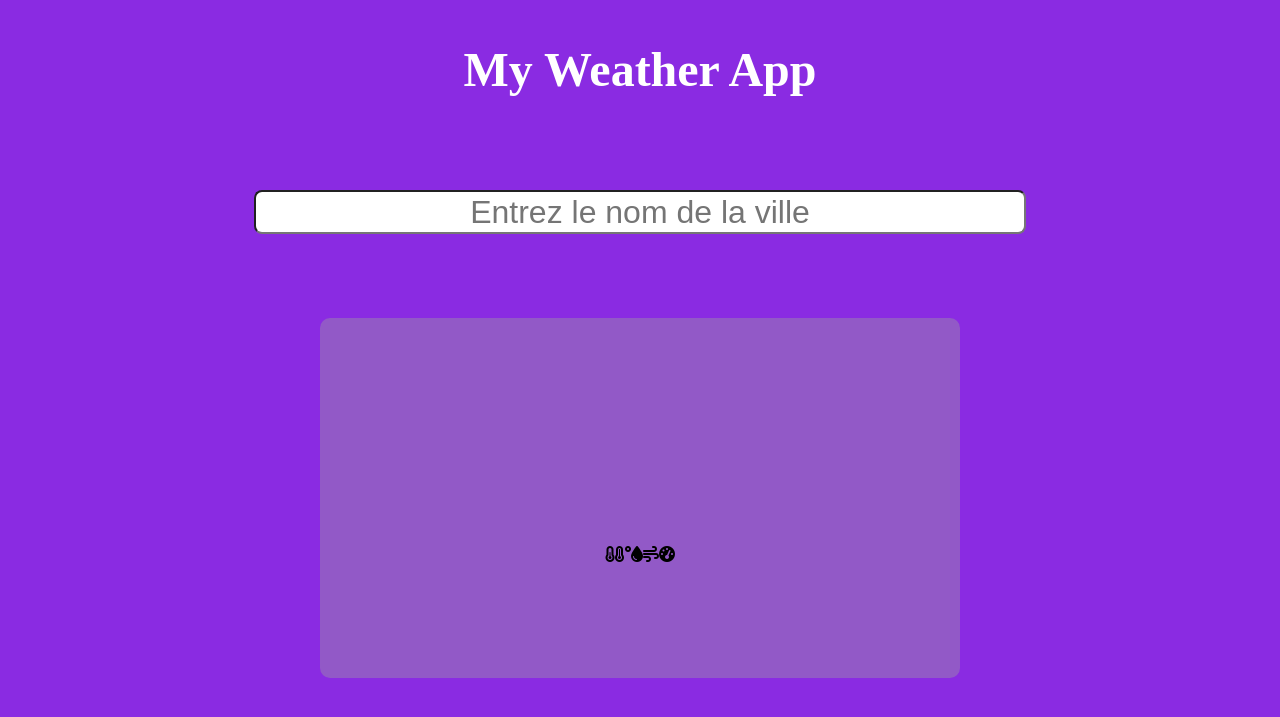
Repository: JeffnyAugustin/MyWeatherApp
Page: index.html
An editor plug-in stored every save of this project. The page is shown before and after a run of saves, followed by the edit.
The browser window is 1280 px wide. The pictures show the whole page.

Above is the page before, as saved 2023-11-14 18:22:33.

### index.html
<!DOCTYPE html>
<html lang="fr">

<head>
    <meta charset="UTF-8">
    <meta http-equiv="X-UA-Compatible" content="IE=edge">
    <meta name="viewport" content="width=device-width, initial-scale=1.0">
    <link rel="stylesheet" href="https://cdnjs.cloudflare.com/ajax/libs/font-awesome/6.4.0/css/all.min.css"
        integrity="sha512-iecdLmaskl7CVkqkXNQ/ZH/XLlvWZOJyj7Yy7tcenmpD1ypASozpmT/E0iPtmFIB46ZmdtAc9eNBvH0H/ZpiBw=="
        crossorigin="anonymous" referrerpolicy="no-referrer" />

    <link rel="stylesheet" href="/css/style.css">
    <title>My Weather App</title>
</head>

<body>



    <div id="container">

    </div>

    <script src="/js/script.js"></script>
</body>

</html>

### css/style.css
* {
    padding : 0;
    margin: 0;
}

body {
display: flex;
justify-content: center;
}

#container {
    background-color: blueviolet;
    height: 100vh;
    width: 100vw;
    display: flex;
    flex-direction: column;
    align-items: center;
    justify-content: space-around;

}

#searchBox {
    text-align: center;
    width: 60%;
    height: 40px;
    border-radius: 8px;
    margin-top: 10px;
    font-size: 2rem;
}


#allTogether {
    width: 50VW;
    height: 50VH;
    display: flex;
    flex-direction: column;
    justify-content: space-evenly;
    align-items: center;
    background-color: rgb(158 158 158 / 40%);
    border-radius: 10px;
}

div#meteoElement {
    display: flex;
    flex-direction: row;
    justify-content: space-around;
    flex-wrap: wrap;
}

div#cityElement {
    display: flex;
    flex-direction: row;
    gap: 10px;
}

p {
    font-size: 2rem;
    color: white;
}

p.cityName {
    text-align: center;
}


h1 {
    font-size: 3em; /* Adjust the font size as needed */
    text-align: center;
    color: #ffffff; /* Set your desired text color */

}

### js/script.js
// Clé D'api
const API_KEY = "b476218e49ef0d0755a713e9ba77f79a";
// Lien vers L'api finissant par une recherche
const API_URL = `https://api.openweathermap.org/data/2.5/forecast?appid=${API_KEY}&units=metric&lang=fr&q=`;


const divContain = document.getElementById("container");
divContain.id = "container";

// Création H1
const heading = document.createElement('h1');

// Set the text content of the h1 element
heading.textContent = 'My Weather App';



// Création barre de recherche
const inputSearch = document.createElement("input");
inputSearch.id = "searchBox";
inputSearch.type = "text";
inputSearch.placeholder = "Entrez le nom de la ville"; // Ajout du placeholder

// Création de div
const newDiv = document.createElement("div");
newDiv.id = "allTogether";

const infoCityDiv = document.createElement("div");
infoCityDiv.id = "cityDescription";


// Création de div oiuyr stocker img + description
const cityImgDiv = document.createElement("div");
cityImgDiv.id = "cityElement";

// Création de div pour afficher les informations météorologiques
const weather = document.createElement("div");
weather.id = "meteoElement";

// Création balise paragraphe pour collecter le nom de la ville
const cityName = document.createElement("p");
cityName.className = "cityName";

// Création de div pour afficher la température
const temperatureDiv = document.createElement("div");
temperatureDiv.className = "temperature-container";

// Création balise paragraphe
const temperature = document.createElement("p");
temperature.className = "temps";

// Création de div pour afficher le temps ressenti
const feelsLikeDiv = document.createElement("div");
feelsLikeDiv.className = "feels-like-container";

// Création balise paragraphe pour la sensation thermique
const feelsLike = document.createElement("p");
feelsLike.className = "feels-like";

// Création de div pour afficher l'humidité
const humidityDiv = document.createElement("div");
humidityDiv.className = "humidity-container";

// Création de balise paragraphe pour l'humidité
const humidity = document.createElement("p");
humidity.className = "humidity";

// Création de div pour afficher le vent
const windDiv = document.createElement("div");
windDiv.className = "wind-container";

// Création de balise wind
const DataWind = document.createElement("p");
DataWind.className = "wind";



// Création de div pour l'humidité
const pressureDiv = document.createElement("div");
pressureDiv.className = "pressure-container";

// Création de balise paragraphe pour la pression atmosphérique
const pressure = document.createElement("p");
pressure.className = "pressure";

// Création de div pour afficher la description
const descriptionDiv = document.createElement("div");
descriptionDiv.className = "description-container";

// Création de balise paragraphe pour la description
const description = document.createElement("p");
description.className = "description";



// Création balise image
const image = document.createElement("img");

// Création balise icône pour la température
const temperatureIcon = document.createElement("i");
temperatureIcon.className = "fas fa-thermometer-half";

// Création balise icône pour la sensation thermique
const feelsLikeIcon = document.createElement("i");
feelsLikeIcon.className = "fas fa-temperature-high";

// Création balise icône pour l'humidité
const humidityIcon = document.createElement("i");
humidityIcon.className = "fas fa-tint";

// Création balise icône pour le vent
const windIcon = document.createElement("i");
windIcon.className = "fas fa-wind";

// Création balise icône pour la pression
const pressureIcon = document.createElement("i");
pressureIcon.className = "fas fa-tachometer-alt";



temperatureDiv.append(temperatureIcon, temperature); // ajout de l'icône

feelsLikeDiv.append(feelsLikeIcon, feelsLike); // ajout de l'icône

humidityDiv.append(humidityIcon, humidity); // ajout de l'icône

windDiv.append(windIcon, DataWind); // ajout de l'icône

pressureDiv.append(pressureIcon, pressure)

descriptionDiv.appendChild( description); // ajout de l'icône




// Function to format the date and time
function formatDateTime() {
    const currentDate = new Date();
    const options = { weekday: 'long', year: 'numeric', month: 'long', day: 'numeric', hour: 'numeric', minute: 'numeric', second: 'numeric'};
    return currentDate.toLocaleDateString('fr-FR', options);
}

// Create a div to display the date and time
    const dateTimeDiv = document.createElement("div");
    dateTimeDiv.id = "dateTime";
    infoCityDiv.appendChild(dateTimeDiv);

function checkWeather(city) {
    fetch(API_URL + city)
        .then(res => {
            if (!res.ok) {
                throw new Error("La ville n'a pas été trouvée");
            }
            return res.json();
        })
        .then(data => {
            cityName.textContent = data.city.name;
            image.src = `http://openweathermap.org/img/w/${data.list[0].weather[0].icon}.png`;

            description.textContent = data.list[0].weather[0].description;
            temperature.innerHTML = ` Température :  ${Math.round(data.list[0].main.temp)}°C `;
            feelsLike.textContent = "Temps Ressenti : " + Math.round(data.list[0].main.feels_like) + "°C";
            humidity.textContent = "humidityIcon : " + data.list[0].main.humidity + "%";
            DataWind.textContent = "Vitesse du vent : " + Math.floor(data.list[0].wind.speed) + " Km/h";
            pressure.textContent = "Pression : " + data.list[0].main.pressure + " hPa";

               // Display the date and time
               dateTimeDiv.textContent = "Date du jour : " + formatDateTime();

        })
        .catch(error => {
            console.error("Erreur de requête :", error.message);
            // Ajoutez ici un traitement pour informer l'utilisateur de l'erreur
        });
}

inputSearch.addEventListener("change", () => {
    checkWeather(inputSearch.value);
});


weather.append(temperatureDiv, feelsLikeDiv, humidityDiv, windDiv, pressureDiv); // ajout des éléments Weather
newDiv.append(infoCityDiv, weather); // ajout du conteneur Weather à newDiv
infoCityDiv.append(cityName, cityImgDiv)
cityImgDiv.append(image, descriptionDiv)
divContain.append(heading, inputSearch, newDiv); // ajout de tous les éléments à divContain
document.body.appendChild(divContain);



// Mise à jour des informations météorologiques toutes les 5 minutes
setInterval(function () {
    // Ici, mettre à jour les informations de la météo à l'aide de l'API ou d'autres sources
    // Vous pouvez appeler la fonction checkWeather avec la dernière ville recherchée
    checkWeather(inputSearch.value);
}, 5 * 60 * 1000);

After the next 2 saves:
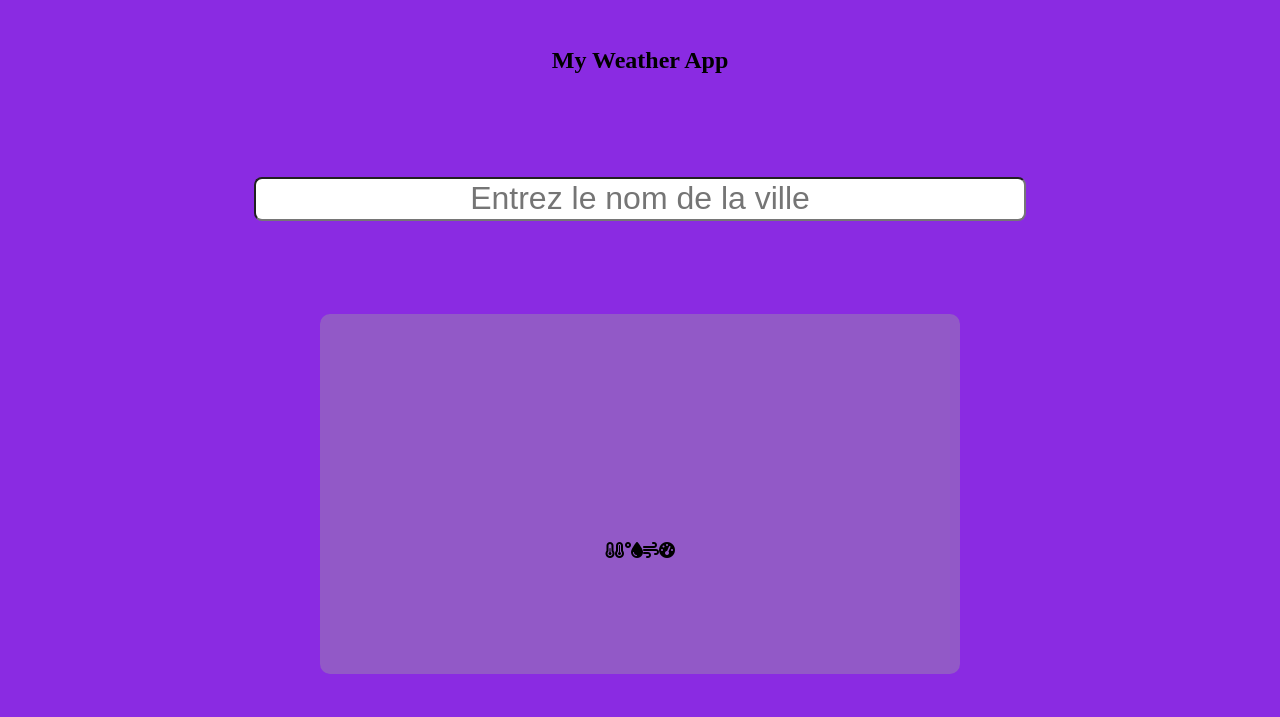
The 2 saves are shown as one change because they came seconds apart.
The last was saved 3 min 22 s later.
--- a/js/script.js
+++ b/js/script.js
@@ -8,7 +8,7 @@
 divContain.id = "container";
 
 // Création H1
-const heading = document.createElement('h1');
+const heading = document.createElement('h2');
 
 // Set the text content of the h1 element
 heading.textContent = 'My Weather App';

After the 3 saves that followed:
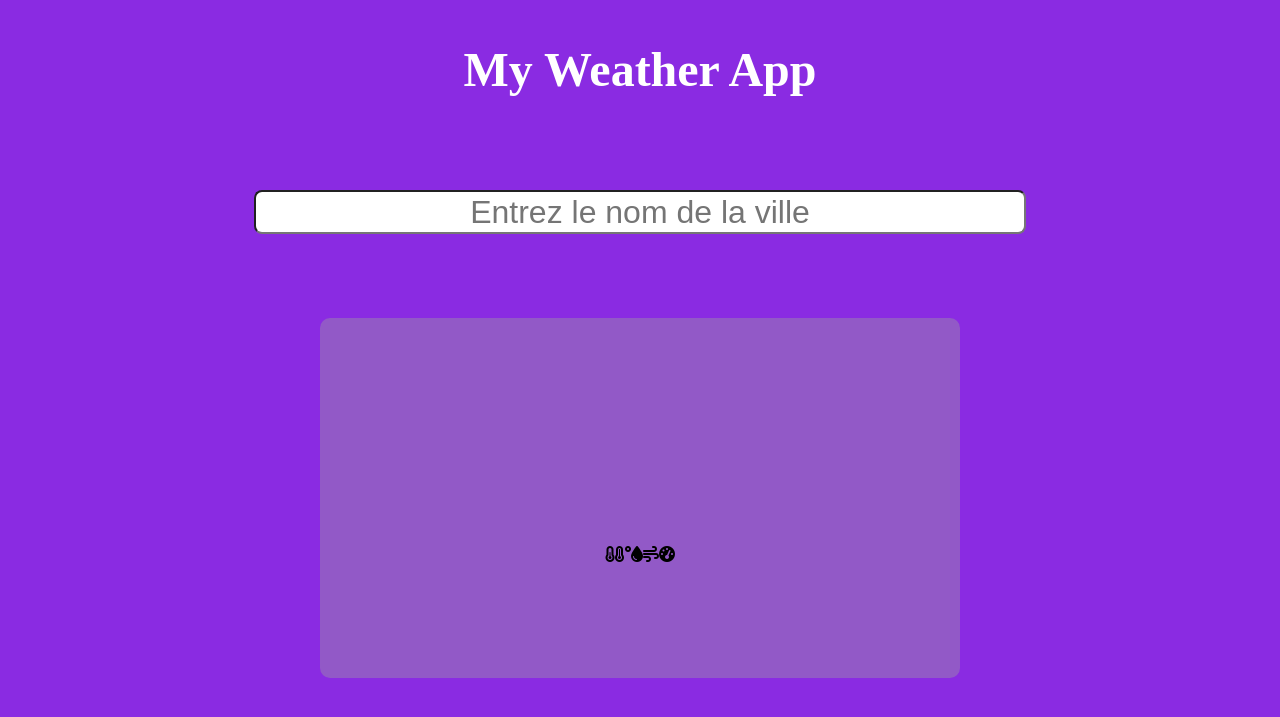
The 3 saves are shown as one change because 1 left the picture as it was and some came seconds apart.
The last was saved 4 min 57 s later.
--- a/css/style.css
+++ b/css/style.css
@@ -69,3 +69,9 @@ h1 {
     color: #ffffff; /* Set your desired text color */
 
 }
+
+.description-container {
+    display: flex;
+    justify-content: center;
+    align-items: center;
+}
--- a/js/script.js
+++ b/js/script.js
@@ -8,7 +8,7 @@
 divContain.id = "container";
 
 // Création H1
-const heading = document.createElement('h2');
+const heading = document.createElement('h1');
 
 // Set the text content of the h1 element
 heading.textContent = 'My Weather App';
